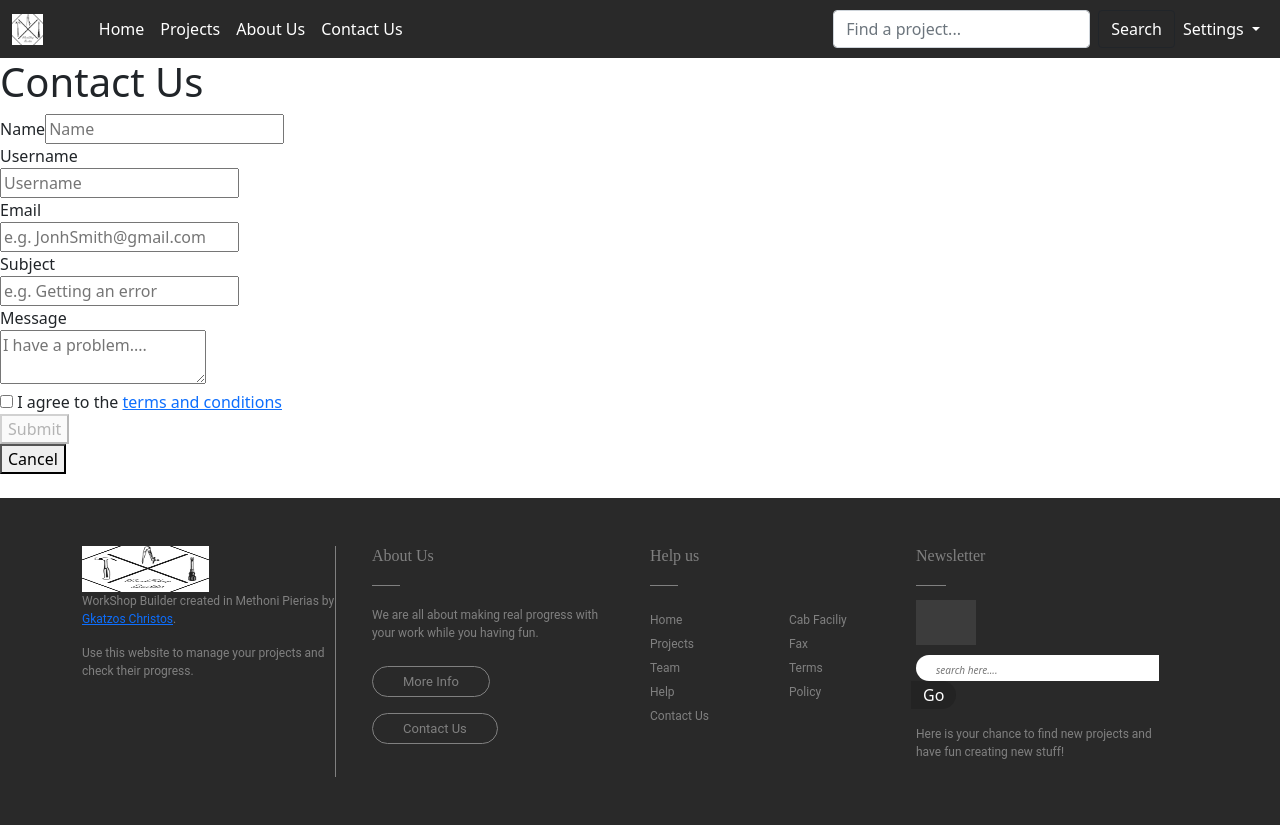
Repository: GkatzosChristos/workshop-builder-ui
Page: /contactUs (app in workshop-builder-ui/)
These files come from the project's save history. The page is drawn as it stood at one moment and after the next save; the edit follows.
The browser window is 1280 px wide. The pictures show the whole page.
The project was rebuilt for these pictures with package versions that can differ from the ones it lists, and the page was loaded fresh each time. Also part of the build but not shown: workshop-builder-ui/angular.json, workshop-builder-ui/src/app/about-us/about-us.component.ts, workshop-builder-ui/src/app/home/home.component.ts, workshop-builder-ui/src/app/project/project.component.ts.

Above is the page before, as saved 2021-08-27 17:37:22.

### workshop-builder-ui/src/index.html
<!doctype html>
<html lang="en">
<head>
  <meta charset="utf-8">
  <title>WorkshopBuilderUI</title>
  <base href="/">
  <meta name="viewport" content="width=device-width, initial-scale=1">
  <link rel="icon" type="image/x-icon" href="favicon.ico">
</head>

<body>
  <app-root></app-root>
</body>

</html>

### workshop-builder-ui/src/app/app.module.ts
import { NgModule } from '@angular/core';
import { BrowserModule } from '@angular/platform-browser';
import { FormsModule } from '@angular/forms';
import { AppRoutingModule } from './app-routing.module';
import { AppComponent } from './app.component';
import { HeaderComponent } from './header/header.component';
import { FooterComponent } from './footer/footer.component';
import { ContactUsComponent } from './contact-us/contact-us.component';
import { AboutUsComponent } from './about-us/about-us.component';
import { ProjectsComponent } from './project/project.component';
import { HomeComponent } from './home/home.component';

@NgModule({
  declarations: [
    AppComponent,
    HeaderComponent,
    FooterComponent,
    ContactUsComponent,
    AboutUsComponent,
    ProjectsComponent,
    HomeComponent
  ],
  imports: [
    BrowserModule,
    AppRoutingModule,
    FormsModule
  ],
  providers: [],
  bootstrap: [AppComponent]
})
export class AppModule { }

### workshop-builder-ui/src/app/app-routing.module.ts
import { NgModule } from '@angular/core';
import { RouterModule, Routes } from '@angular/router';
import { AboutUsComponent } from './about-us/about-us.component';
import { ContactUsComponent } from './contact-us/contact-us.component';
import { HomeComponent } from './home/home.component';
import { ProjectsComponent } from './project/project.component';

const routes: Routes = [
  {
    path: '',
    component: HomeComponent
  },
  {
    path: 'contactUs',
    component: ContactUsComponent
  },
  {
    path: 'aboutUs',
    component: AboutUsComponent
  },
  {
    path: 'project',
    component: ProjectsComponent
  },
];

@NgModule({
  imports: [RouterModule.forRoot(routes)],
  exports: [RouterModule]
})
export class AppRoutingModule { }

### workshop-builder-ui/src/app/app.component.ts
import { Component } from '@angular/core';

@Component({
  selector: 'app-root',
  templateUrl: './app.component.html',
  styleUrls: ['./app.component.scss']
})
export class AppComponent {
  title = 'workshop-builder-ui';
}

### workshop-builder-ui/src/app/contact-us/contact-us.component.ts
import { Component, OnInit } from '@angular/core';
import { FormGroup } from '@angular/forms';

@Component({
  selector: 'app-contact-us',
  templateUrl: 'contact-us.html',
  styles: [
  ]
})
export class ContactUsComponent implements OnInit {
  name: string='';
  username: string='';
  email: string='';
  subject: string='';
  message: string='';


  constructor() { }

  ngOnInit(): void {
  }

  submitForm(){
    const result = `${this.name}, your submission was successful! We will contact you at ${this.email} as soon as possible!`;
    alert(result);
  }

  onReset(){
    location.reload();
  }

}

### workshop-builder-ui/src/app/header/header.component.html
<head>
    <title>header</title>
    <meta charset="utf-8">
</head>
<header>
    <nav class="navbar navbar-expand-lg">
        <div class="container-fluid">
            <a class="navbar-brand" routerLink="/">
                <img src="/assets/images/workshop_logo.jpg" alt="WorkShop Builder">
            </a>
            <div id="navbarNavDropdown" class="collapse navbar-collapse">
                <ul class="navbar-nav me-auto my-2 my-lg-0 navbar-nav-scroll" style="--bs-scroll-height: 100px;">
                    <li class="nav-item">
                        <a class="nav-link text-white" routerLink="/">Home</a>
                    </li>
                    <li class="nav-item">
                        <a class="nav-link text-white" routerLink="/project">Projects</a>
                    </li>
                    <li class="nav-item">
                        <a class="nav-link text-white" routerLink="/aboutUs">About Us</a>
                    </li>
                    <li class="nav-item">
                        <a class="nav-link text-white" routerLink="/contactUs">Contact Us</a>
                    </li>
                </ul>
                <form class="d-flex">
                    <input class="form-control me-2" type="text" placeholder="Find a project...">
                    <a class="btn btn-outline-dark text-white">Search</a>
                </form>
                <ul class="navbar-nav" style="--bs-scroll-height: 100px;">
                    <li class="nav-item dropdown">
                        <a class="nav-link dropdown-toggle text-white" href="#" id="navbarScrollingDropdown"
                            role="button" data-bs-toggle="dropdown" aria-expanded="false">
                            Settings
                        </a>
                        <ul class="dropdown-menu" aria-labelledby="navbarScrollingDropdown">
                            <li><a class="dropdown-item text-white" href="#">Sign in</a></li>
                            <li><a class="dropdown-item text-white" href="#">Sign up</a></li>
                            <li>
                                <hr class="dropdown-divider">
                            </li>
                            <li><a class="dropdown-item text-white" href="#">Report an issue</a></li>
                        </ul>
                    </li>
                </ul>
            </div>
        </div>
    </nav>
</header>

### workshop-builder-ui/src/app/header/header.component.scss
.navbar-brand {
    height: 5%;
    width: 5%;
}

img {
    height: 50%;
    width: 50%;
}

nav {
    background: #292929;
}

### workshop-builder-ui/src/app/footer/footer.component.html
<head>
    <title>Footer</title>
    <meta charset="utf-8">
</head>
<footer class="container-fluid bg-grey py-5">
    <div class="container">
        <div class="row me-3">
            <div class="col-md-6">
                <div class="row">
                    <div class="col-md-6 ">
                        <div class="logo-part">
                            <img src="/assets/images/workshop_logo.jpg" class="w-50 logo-footer">
                            <p>WorkShop Builder created in Methoni Pierias by <a
                                    href="https://www.linkedin.com/in/christos-gkatzos/">Gkatzos Christos</a>.</p>
                            <p>Use this website to manage your projects and check their progress.</p>
                        </div>
                    </div>
                    <div class="col-md-6 px-4">
                        <h6> About Us</h6>
                        <p>We are all about making real progress with your work while you having fun.</p>
                        <a routerLink="#" class="btn-footer"> More Info </a><br>
                        <a routerLink="#" class="btn-footer"> Contact Us</a>
                    </div>
                </div>
            </div>
            <div class="col-md-6">
                <div class="row">
                    <div class="col-md-6 px-4">
                        <h6> Help us</h6>
                        <div class="row ">
                            <div class="col-md-6">
                                <ul>
                                    <li> <a routerLink="/"> Home</a> </li>
                                    <li> <a routerLink="/project"> Projects</a> </li>
                                    <li> <a routerLink="#"> Team</a> </li>
                                    <li> <a routerLink="#"> Help</a> </li>
                                    <li> <a routerLink="/ContactUs"> Contact Us</a> </li>
                                </ul>
                            </div>
                            <div class="col-md-6 px-4">
                                <ul>
                                    <li> <a href="#"> Cab Faciliy</a> </li>
                                    <li> <a href="#"> Fax</a> </li>
                                    <li> <a href="#"> Terms</a> </li>
                                    <li> <a href="#"> Policy</a> </li>
                                </ul>
                            </div>
                        </div>
                    </div>
                    <div class="col-md-6 ">
                        <h6> Newsletter</h6>
                        <div class="social">
                            <a href="#"><i class="fa fa-facebook mr-1" aria-hidden="true"></i></a>
                            <a href="#"><i class="fa fa-instagram" aria-hidden="true"></i></a>
                        </div>
                        <form class="form-footer my-3">
                            <input type="text" placeholder="search here...." name="search">
                            <input type="button" value="Go">
                        </form>
                        <p>Here is your chance to find new projects and have fun creating new stuff!</p>
                    </div>
                </div>
            </div>
        </div>
    </div>
</footer>

### workshop-builder-ui/src/app/footer/footer.component.scss
body {
    font-family: 'Signika', sans-serif;
 }
 .bg-grey {
    background: #292929;
 }
 .logo-footer {
 }
 footer {
    color: grey;
 }
 footer p, a {
    font-size: 12px;
    font-family: 'Roboto', sans-serif;
}
footer h6 {
    font-family: 'Playfair Display', serif;
    margin-bottom: 40px;
    position: relative;
}
footer h6:after {
    position: absolute;
    content: "";
    background: grey;
    width: 12%;
    height: 1px;
    left: 0;
    bottom: -20px;
}
.btn-footer {
    color: grey;
    text-decoration: none;
    border: 1px solid;
    border-radius: 43px;
    font-size: 13px;
    padding: 7px 30px;
    line-height: 47px;
 }

 .btn-footer:hover {
    text-decoration: none;
 }

.form-footer input[type="text"] {
    border: none;
    border-radius: 16px 0 0 16px;
    outline: none;
    padding-left: 10px;
}

::placeholder {
    font-size: 10px;
    padding-left: 10px;
    font-style: italic;
}

.form-footer input[type="button"] {
    border: none;
    background:#232323;
    margin-left: -5px;
    color: #fff;
    outline: none;
    border-radius: 0 16px 16px 0;
    padding: 2px 12px;
}

.social .fa {
    color: grey;
    font-size: 22px;
    padding: 10px 15px;
    background: #3c3c3c;
}

footer ul li {
    list-style: none;
    display: block;
}

footer ul  {
    padding-left: 0;
}
footer ul  li a{
    text-decoration: none;
    color: grey;
    text-decoration:none;
}

a:hover {
    text-decoration: none;
    color: #f5f5f5 !important;
}

.logo-part {
    border-right: 1px solid grey;
    height: 100%;
}

img {
    height: 20%;
    width: 20%;
}

### workshop-builder-ui/src/app/contact-us/contact-us.html
<h1 class="title has-text-centered">Contact Us</h1>
<body>
  <section>
      <form (ngSubmit)="submitForm()" #contactForm="ngForm">
        <div class="field">
        <div class="field">
          <label class="label has-text-centered">Name</label>
          <input
            class="input"
            type="text"
            name="name"
            placeholder="Name"
            [(ngModel)]="name"
            #nameInput="ngModel"
            required>
            <div class="help is-error" *ngIf="nameInput.invalid && nameInput.touched">
                <p class="help is-danger">This username is required!</p>
            </div>
            <div class="help is-error" *ngIf="nameInput.valid && nameInput.dirty">
                <p class="help is-success">This username is Availible!</p>
            </div>
        </div>
        <div class="field column is-4">
          <label class="label has-text-centered">Username</label>
          <div class="control has-icons-left has-icons-right">
            <input
              class="input"
              type="text"
              name="usename"
              placeholder="Username"
              [(ngModel)]="username"
              #usernameInput="ngModel"
              required>
            <span class="icon is-small is-left">
              <i class="fa fa-user"></i>
            </span>
            <div class="help is-error" *ngIf="usernameInput.invalid && usernameInput.touched">
                <p class="help is-danger">This username is required!</p>
            </div>
            <div class="help is-error" *ngIf="usernameInput.valid && usernameInput.dirty">
                <p class="help is-success">This username is Availible!</p>
            </div>
          </div>
        </div>

        <div class="field column is-4">
          <label class="label has-text-centered">Email</label>
          <div class="control has-icons-left">
            <input
              class="input"
              type="email"
              name="email"
              placeholder="e.g. JonhSmith@gmail.com"
              #emailInput="ngModel"
              [(ngModel)]="email"
              required
              email>
            <span class="icon is-small is-left">
              <i class="fa fa-envelope"></i>
            </span>
            <div class="help is-error is-danger" *ngIf="emailInput.invalid && emailInput.touched">
                <p class="help is-danger">The email required and must be valid!</p>
            </div>
            <div class="help is-error" *ngIf="emailInput.valid && emailInput.dirty">
                <p class="help is-success">This email is valid!</p>
            </div>
          </div>
        </div>

        <div class="field column is-4">
          <label class="label has-text-centered">Subject</label>
          <div class="control">
            <input class="input is-expand" type="text" name="subject" placeholder="e.g. Getting an error" [(ngModel)]="subject">
          </div>
        </div>

        <div class="field column is-4 ">
          <label class="label has-text-centered">Message</label>
          <div class="control">
            <textarea class="textarea" name="message" placeholder="I have a problem...." [(ngModel)]="message"></textarea>
          </div>
        </div>

        <div class="field">
          <div class="control">
            <label class="checkbox">
              <input type="checkbox"
              #checkboxInput>
              I agree to the <a href="#">terms and conditions</a>
            </label>
          </div>
        </div>

        <div class="field is-grouped mb-4 is-grouped-centered">
          <div class="control">
            <button class="button is-link" [disabled]="contactForm.invalid">Submit</button>
          </div>
          <div class="control">
            <button class="button is-link is-light" type="reset" (click)="onReset()" >Cancel</button>
          </div>
        </div>
        </div>
      </form>
  </section>
  </body>

Loaded but not shown: workshop-builder-ui/src/styles.scss (common file); workshop-builder-ui/src/main.ts (common file); workshop-builder-ui/src/environments/environment.ts (common file); workshop-builder-ui/src/app/header/header.component.ts (common file); workshop-builder-ui/src/app/footer/footer.component.ts (common file); workshop-builder-ui/src/app/app.component.html (common file); workshop-builder-ui/src/app/app.component.scss (no stored copy; drawn as an empty file); workshop-builder-ui/src/app/project/project.scss (no stored copy; drawn as an empty file)

After the next save:
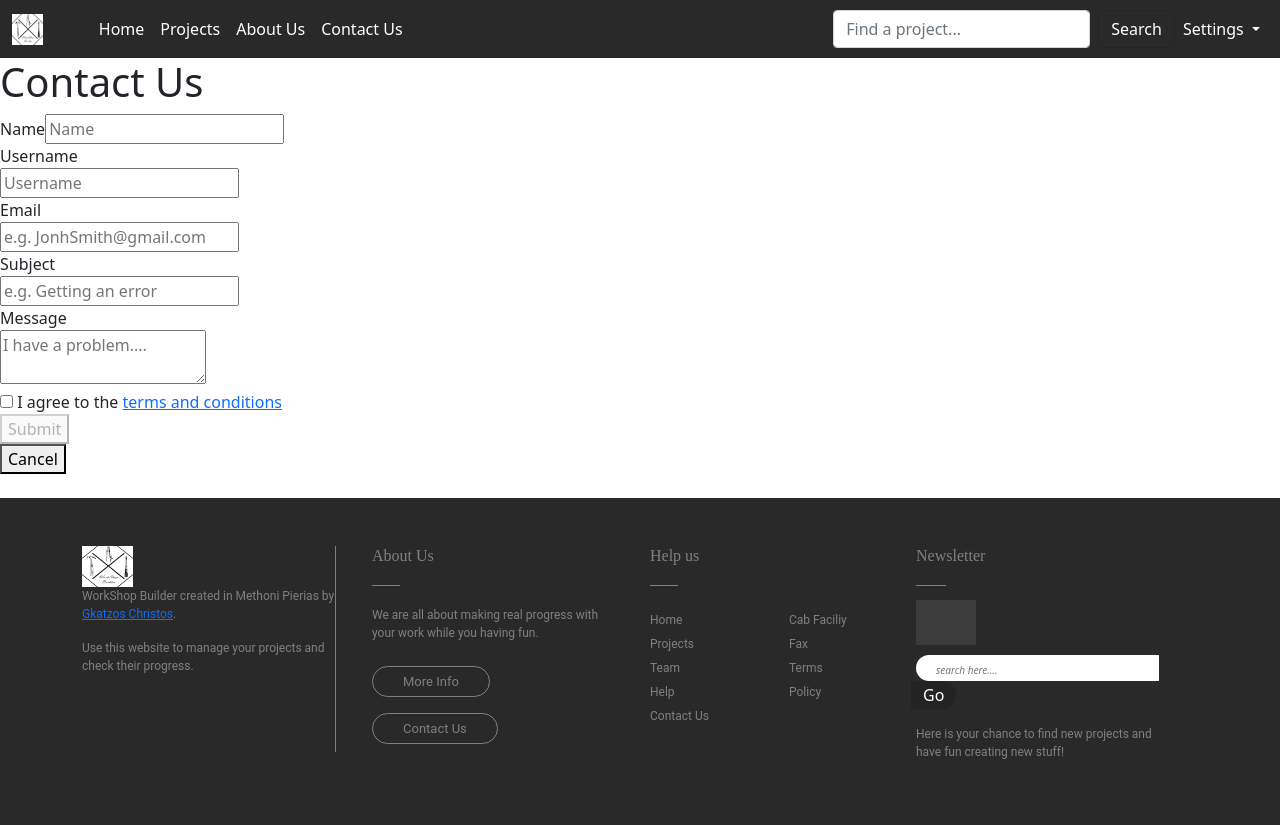
Saved 9 s later.
--- a/workshop-builder-ui/src/app/footer/footer.component.html
+++ b/workshop-builder-ui/src/app/footer/footer.component.html
@@ -9,7 +9,7 @@
                 <div class="row">
                     <div class="col-md-6 ">
                         <div class="logo-part">
-                            <img src="/assets/images/workshop_logo.jpg" class="w-50 logo-footer">
+                            <img src="/assets/images/workshop_logo.jpg" class="logo-footer">
                             <p>WorkShop Builder created in Methoni Pierias by <a
                                     href="https://www.linkedin.com/in/christos-gkatzos/">Gkatzos Christos</a>.</p>
                             <p>Use this website to manage your projects and check their progress.</p>
